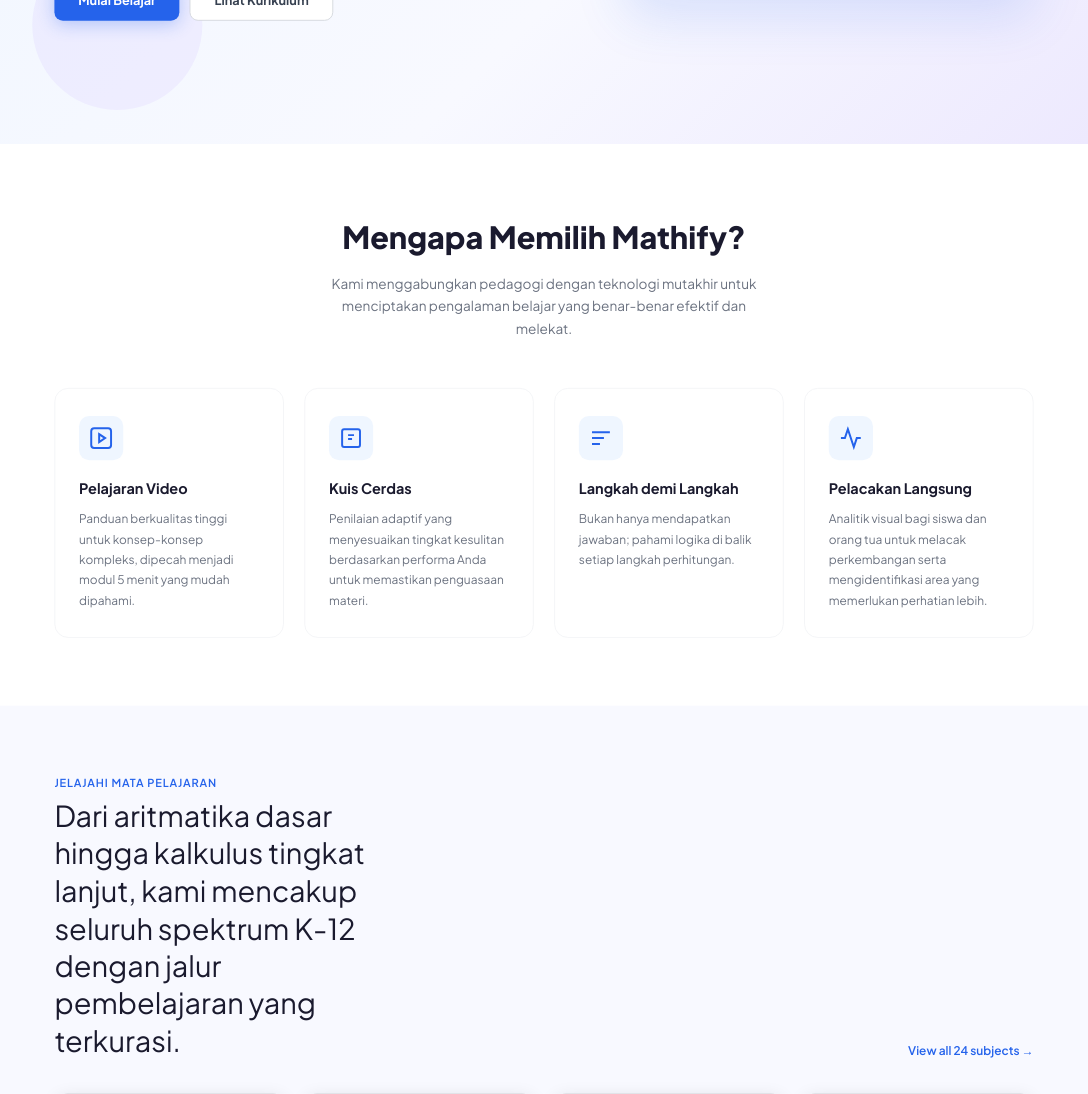
Repository: AdityaRevangga/Mathify
Page: /dashboard (app in frontend/)
The author's editor kept a copy of each file at every save. The page is drawn from the files as they stood at one save, then again after the next save.
The browser window is 1280 px wide. The pictures show the part of the page from y = 550 to 1837 px (the page is 2926 px tall before and 3280 px after), at 85% of full size.
Pictures or frames that could not be fetched are drawn as grey boxes. The page's requests for data from a server got no answer. The project was rebuilt for these pictures with package versions that can differ from the ones it lists, and the page was loaded fresh each time. No one was signed in, and anything a server would have sent is missing. Also part of the build but not shown: frontend/vite.config.js, frontend/src/index.css, frontend/src/components/Sidebar.jsx, frontend/src/components/Topbar.jsx, frontend/src/layouts/DashboardLayout.jsx, frontend/src/layouts/AuthLayout.jsx, frontend/src/layouts/MateriLayout.jsx, frontend/src/pages/LoginPage.jsx and 12 more.

Above is the page before, as saved 2026-06-02 14:27:38.

### frontend/index.html
<!doctype html>
<html lang="id">
  <head>
    <meta charset="UTF-8" />
    <link rel="icon" type="image/svg+xml" href="/favicon.svg" />
    <meta name="viewport" content="width=device-width, initial-scale=1.0" />
    <title>Mathify - Platform Belajar Matematika Interaktif</title>
    <!-- Plus Jakarta Sans Font -->
    <link rel="preconnect" href="https://fonts.googleapis.com">
    <link rel="preconnect" href="https://fonts.gstatic.com" crossorigin>
    <link href="https://fonts.googleapis.com/css2?family=Plus+Jakarta+Sans:wght@400;500;600;700;800&display=swap" rel="stylesheet">
  </head>
  <body>
    <div id="root"></div>
    <script type="module" src="/src/main.jsx"></script>
  </body>
</html>

### frontend/src/App.jsx
import React, { useEffect } from 'react';
import { BrowserRouter } from 'react-router-dom';
import { AuthProvider } from './context/AuthContext';
import AppRouter from './router/AppRouter';
import './styles/shared.css'; // Global core variables and core classes

function App() {
  useEffect(() => {
    const savedTheme = localStorage.getItem('theme');
    if (savedTheme === 'dark') {
      document.body.classList.add('dark-mode');
    } else {
      document.body.classList.remove('dark-mode');
    }
  }, []);

  return (
    <AuthProvider>
      <BrowserRouter>
        <AppRouter />
      </BrowserRouter>
    </AuthProvider>
  );
}

export default App;

### frontend/src/pages/LandingPage.jsx
import React, { useState, useEffect } from 'react';
import { useNavigate } from 'react-router-dom';

const LandingPage = () => {
  const navigate = useNavigate();
  const [scrolled, setScrolled] = useState(false);

  useEffect(() => {
    const handleScroll = () => setScrolled(window.scrollY > 20);
    window.addEventListener('scroll', handleScroll);
    return () => window.removeEventListener('scroll', handleScroll);
  }, []);

  const subjects = [
    { title: 'Bilangan', lessons: 11, color: '#FF6B35', image: 'https://images.unsplash.com/photo-1596495578065-6e0763fa1178?w=400&q=80' },
    { title: 'Aljabar dan Fungsi', lessons: 21, color: '#1A1A2E', image: 'https://images.unsplash.com/photo-1509228627152-72ae9ae6848d?w=400&q=80' },
    { title: 'Trigonometry', lessons: 76, color: '#E91E8C', image: 'https://images.unsplash.com/photo-1635070041078-e363dbe005cb?w=400&q=80' },
    { title: 'Geometry', lessons: 19, color: '#2D2D2D', image: 'https://images.unsplash.com/photo-1558618666-fcd25c85cd64?w=400&q=80' },
  ];

  const features = [
    {
      icon: (
        <svg width="28" height="28" fill="none" stroke="currentColor" strokeWidth="2" viewBox="0 0 24 24">
          <rect x="2" y="2" width="20" height="20" rx="3" /><polygon points="10,8 16,12 10,16" />
        </svg>
      ),
      title: 'Pelajaran Video',
      desc: 'Panduan berkualitas tinggi untuk konsep-konsep kompleks, dipecah menjadi modul 5 menit yang mudah dipahami.',
    },
    {
      icon: (
        <svg width="28" height="28" fill="none" stroke="currentColor" strokeWidth="2" viewBox="0 0 24 24">
          <rect x="3" y="3" width="18" height="18" rx="2" /><path d="M9 9h6M9 13h4" />
        </svg>
      ),
      title: 'Kuis Cerdas',
      desc: 'Penilaian adaptif yang menyesuaikan tingkat kesulitan berdasarkan performa Anda untuk memastikan penguasaan materi.',
    },
    {
      icon: (
        <svg width="28" height="28" fill="none" stroke="currentColor" strokeWidth="2" viewBox="0 0 24 24">
          <path d="M3 6h18M3 12h12M3 18h8" />
        </svg>
      ),
      title: 'Langkah demi Langkah',
      desc: 'Bukan hanya mendapatkan jawaban; pahami logika di balik setiap langkah perhitungan.',
    },
    {
      icon: (
        <svg width="28" height="28" fill="none" stroke="currentColor" strokeWidth="2" viewBox="0 0 24 24">
          <polyline points="22,12 18,12 15,21 9,3 6,12 2,12" />
        </svg>
      ),
      title: 'Pelacakan Langsung',
      desc: 'Analitik visual bagi siswa dan orang tua untuk melacak perkembangan serta mengidentifikasi area yang memerlukan perhatian lebih.',
    },
  ];

  return (
    <div style={{ fontFamily: "'Plus Jakarta Sans', 'Nunito', sans-serif", backgroundColor: '#F8F9FF', color: '#1A1A2E', overflowX: 'hidden' }}>

      {/* Navbar */}
      <nav style={{
        position: 'fixed', top: 0, left: 0, right: 0, zIndex: 100,
        padding: '0 5%',
        height: 64,
        display: 'flex', alignItems: 'center', justifyContent: 'space-between',
        background: scrolled ? 'rgba(255,255,255,0.95)' : 'transparent',
        backdropFilter: scrolled ? 'blur(12px)' : 'none',
        boxShadow: scrolled ? '0 1px 24px rgba(0,0,0,0.07)' : 'none',
        transition: 'all 0.3s ease',
      }}>
        <span style={{ fontWeight: 800, fontSize: 22, color: '#2563EB', letterSpacing: '-0.5px' }}>Mathify</span>
        <div style={{ display: 'flex', gap: 12, alignItems: 'center' }}>
          <button onClick={() => navigate('/login')} style={{
            padding: '8px 20px', borderRadius: 8, border: '1.5px solid #D1D5DB',
            background: 'white', color: '#374151', fontWeight: 600, fontSize: 14, cursor: 'pointer',
            transition: 'all 0.2s',
          }}
            onMouseEnter={e => { e.target.style.borderColor = '#2563EB'; e.target.style.color = '#2563EB'; }}
            onMouseLeave={e => { e.target.style.borderColor = '#D1D5DB'; e.target.style.color = '#374151'; }}>
            Log In
          </button>
          <button onClick={() => navigate('/register')} style={{
            padding: '8px 20px', borderRadius: 8, border: 'none',
            background: '#2563EB', color: 'white', fontWeight: 600, fontSize: 14, cursor: 'pointer',
            transition: 'all 0.2s',
          }}
            onMouseEnter={e => e.target.style.background = '#1D4ED8'}
            onMouseLeave={e => e.target.style.background = '#2563EB'}>
            Sign Up
          </button>
        </div>
      </nav>

      {/* Hero */}
      <section style={{
        minHeight: '100vh',
        display: 'flex', alignItems: 'center',
        padding: '100px 5% 60px',
        background: 'linear-gradient(135deg, #EFF6FF 0%, #F8F9FF 60%, #EDE9FE 100%)',
        position: 'relative',
        overflow: 'hidden',
      }}>
        {/* decorative circles */}
        <div style={{ position: 'absolute', top: 80, right: '8%', width: 420, height: 420, borderRadius: '50%', background: 'rgba(37,99,235,0.06)', pointerEvents: 'none' }} />
        <div style={{ position: 'absolute', bottom: 40, left: '3%', width: 200, height: 200, borderRadius: '50%', background: 'rgba(139,92,246,0.07)', pointerEvents: 'none' }} />

        <div style={{ display: 'flex', alignItems: 'center', gap: 60, width: '100%', maxWidth: 1200, margin: '0 auto', flexWrap: 'wrap' }}>
          {/* Left */}
          <div style={{ flex: 1, minWidth: 300, animation: 'fadeUp 0.8s ease both' }}>
            <div style={{
              display: 'inline-flex', alignItems: 'center', gap: 8,
              background: '#EFF6FF', border: '1px solid #BFDBFE',
              borderRadius: 100, padding: '6px 16px', marginBottom: 24,
              fontSize: 13, fontWeight: 600, color: '#2563EB',
            }}>
              <span>✦</span> Merevolusi Pendidikan Matematika K-12
            </div>
            <h1 style={{ fontSize: 'clamp(36px, 4vw, 56px)', fontWeight: 800, lineHeight: 1.15, marginBottom: 20, letterSpacing: '-1px' }}>
              Kuasai Matematika<br />bersama{' '}
              <span style={{ color: '#2563EB' }}>Mathify</span>
            </h1>
            <p style={{ fontSize: 16, color: '#6B7280', lineHeight: 1.7, marginBottom: 36, maxWidth: 460 }}>
              Buka potensi Anda dengan pelajaran interaktif, latihan berbasis AI yang dipersonalisasi, dan kurikulum yang dirancang untuk mengubah kecemasan terhadap matematika menjadi penguasaan matematika.
            </p>
            <div style={{ display: 'flex', gap: 12, flexWrap: 'wrap' }}>
              <button onClick={() => navigate('/register')} style={{
                padding: '14px 28px', borderRadius: 10, border: 'none',
                background: '#2563EB', color: 'white', fontWeight: 700, fontSize: 15, cursor: 'pointer',
                boxShadow: '0 4px 20px rgba(37,99,235,0.3)',
                transition: 'all 0.2s',
              }}
                onMouseEnter={e => { e.target.style.background = '#1D4ED8'; e.target.style.transform = 'translateY(-2px)'; }}
                onMouseLeave={e => { e.target.style.background = '#2563EB'; e.target.style.transform = 'none'; }}>
                Mulai Belajar
              </button>
              <button style={{
                padding: '14px 28px', borderRadius: 10,
                border: '1.5px solid #D1D5DB', background: 'white',
                color: '#374151', fontWeight: 700, fontSize: 15, cursor: 'pointer',
                transition: 'all 0.2s',
              }}
                onMouseEnter={e => { e.target.style.borderColor = '#2563EB'; e.target.style.color = '#2563EB'; }}
                onMouseLeave={e => { e.target.style.borderColor = '#D1D5DB'; e.target.style.color = '#374151'; }}>
                Lihat Kurikulum
              </button>
            </div>
          </div>

          {/* Right image */}
          <div style={{ flex: 1, minWidth: 280, display: 'flex', justifyContent: 'flex-end' }}>
            <div style={{
              width: '100%', maxWidth: 480, height: 340,
              borderRadius: 20, overflow: 'hidden',
              boxShadow: '0 20px 60px rgba(37,99,235,0.15)',
            }}>
              <img
                src="https://images.unsplash.com/photo-1596495578065-6e0763fa1178?w=800&q=80"
                alt="Math tools"
                style={{ width: '100%', height: '100%', objectFit: 'cover' }}
              />
            </div>
          </div>
        </div>
      </section>

      {/* Why Mathify */}
      <section style={{ padding: '80px 5%', background: 'white' }}>
        <div style={{ maxWidth: 1200, margin: '0 auto' }}>
          <div style={{ textAlign: 'center', marginBottom: 56 }}>
            <h2 style={{ fontSize: 'clamp(24px, 3vw, 36px)', fontWeight: 800, marginBottom: 12 }}>Mengapa Memilih Mathify?</h2>
            <p style={{ color: '#6B7280', fontSize: 16, maxWidth: 520, margin: '0 auto', lineHeight: 1.7 }}>
              Kami menggabungkan pedagogi dengan teknologi mutakhir untuk menciptakan pengalaman belajar yang benar-benar efektif dan melekat.
            </p>
          </div>
          <div style={{ display: 'grid', gridTemplateColumns: 'repeat(auto-fit, minmax(240px, 1fr))', gap: 24 }}>
            {features.map((f, i) => (
              <div key={i} style={{
                padding: '32px 28px', borderRadius: 16,
                border: '1.5px solid #F3F4F6',
                background: 'white',
                transition: 'all 0.25s',
                cursor: 'default',
              }}
                onMouseEnter={e => {
                  e.currentTarget.style.borderColor = '#BFDBFE';
                  e.currentTarget.style.boxShadow = '0 8px 32px rgba(37,99,235,0.1)';
                  e.currentTarget.style.transform = 'translateY(-4px)';
                }}
                onMouseLeave={e => {
                  e.currentTarget.style.borderColor = '#F3F4F6';
                  e.currentTarget.style.boxShadow = 'none';
                  e.currentTarget.style.transform = 'none';
                }}>
                <div style={{
                  width: 52, height: 52, borderRadius: 12,
                  background: '#EFF6FF', color: '#2563EB',
                  display: 'flex', alignItems: 'center', justifyContent: 'center',
                  marginBottom: 20,
                }}>
                  {f.icon}
                </div>
                <h3 style={{ fontWeight: 700, fontSize: 17, marginBottom: 10 }}>{f.title}</h3>
                <p style={{ color: '#6B7280', fontSize: 14, lineHeight: 1.7 }}>{f.desc}</p>
              </div>
            ))}
          </div>
        </div>
      </section>

      {/* Subjects */}
      <section style={{ padding: '80px 5%', background: '#F8F9FF' }}>
        <div style={{ maxWidth: 1200, margin: '0 auto' }}>
          <div style={{ display: 'flex', justifyContent: 'space-between', alignItems: 'flex-end', marginBottom: 40, flexWrap: 'wrap', gap: 16 }}>
            <div>
              <p style={{ fontSize: 13, fontWeight: 600, color: '#2563EB', marginBottom: 6, textTransform: 'uppercase', letterSpacing: 1 }}>Jelajahi Mata Pelajaran</p>
              <h2 style={{ fontSize: 'clamp(12px, 3vw, 34px)', fontWeight: 300, lineHeight: 1.3, maxWidth: 400 }}>
                Dari aritmatika dasar hingga kalkulus tingkat lanjut, kami mencakup seluruh spektrum K-12 dengan jalur pembelajaran yang terkurasi.
              </h2>
            </div>
            <a href="#" style={{ color: '#2563EB', fontWeight: 600, fontSize: 14, textDecoration: 'none', whiteSpace: 'nowrap' }}>
              View all 24 subjects →
            </a>
          </div>

          <div style={{ display: 'grid', gridTemplateColumns: 'repeat(auto-fit, minmax(220px, 1fr))', gap: 20 }}>
            {subjects.map((s, i) => (
              <div key={i} style={{
                borderRadius: 16, overflow: 'hidden', position: 'relative',
                height: 280, cursor: 'pointer',
                boxShadow: '0 4px 20px rgba(0,0,0,0.1)',
                transition: 'transform 0.25s, box-shadow 0.25s',
              }}
                onMouseEnter={e => { e.currentTarget.style.transform = 'translateY(-6px)'; e.currentTarget.style.boxShadow = '0 12px 40px rgba(0,0,0,0.18)'; }}
                onMouseLeave={e => { e.currentTarget.style.transform = 'none'; e.currentTarget.style.boxShadow = '0 4px 20px rgba(0,0,0,0.1)'; }}>
                <img src={s.image} alt={s.title} style={{ width: '100%', height: '100%', objectFit: 'cover' }} />
                <div style={{
                  position: 'absolute', inset: 0,
                  background: `linear-gradient(to top, rgba(0,0,0,0.75) 0%, rgba(0,0,0,0.1) 60%)`,
                }} />
                <div style={{ position: 'absolute', bottom: 0, left: 0, right: 0, padding: '20px 20px 16px' }}>
                  <h3 style={{ color: 'white', fontWeight: 700, fontSize: 18, marginBottom: 6 }}>{s.title}</h3>
                  <div style={{ display: 'flex', alignItems: 'center', justifyContent: 'space-between' }}>
                    <span style={{ color: 'rgba(255,255,255,0.8)', fontSize: 13 }}>{s.lessons} Lessons</span>
                    <div style={{
                      width: 28, height: 28, borderRadius: '50%',
                      background: 'rgba(255,255,255,0.2)', backdropFilter: 'blur(4px)',
                      display: 'flex', alignItems: 'center', justifyContent: 'center',
                      color: 'white', fontSize: 14,
                    }}>→</div>
                  </div>
                </div>
              </div>
            ))}
          </div>
        </div>
      </section>

      {/* CTA Banner */}
      <section style={{
        padding: '72px 5%',
        background: 'linear-gradient(135deg, #2563EB, #7C3AED)',
        textAlign: 'center',
      }}>
        <h2 style={{ color: 'white', fontSize: 'clamp(24px, 3vw, 40px)', fontWeight: 800, marginBottom: 16 }}>
          Siap untuk Mulai Belajar?
        </h2>
        <p style={{ color: 'rgba(255,255,255,0.8)', fontSize: 16, marginBottom: 32, maxWidth: 480, margin: '0 auto 32px' }}>
          Bergabunglah dengan ribuan siswa yang sudah menguasai matematika bersama Mathify.
        </p>
        <button onClick={() => navigate('/register')} style={{
          padding: '14px 36px', borderRadius: 10,
          background: 'white', color: '#2563EB',
          fontWeight: 700, fontSize: 16, border: 'none', cursor: 'pointer',
          boxShadow: '0 4px 24px rgba(0,0,0,0.15)',
          transition: 'all 0.2s',
        }}
          onMouseEnter={e => { e.target.style.transform = 'translateY(-2px)'; e.target.style.boxShadow = '0 8px 32px rgba(0,0,0,0.2)'; }}
          onMouseLeave={e => { e.target.style.transform = 'none'; e.target.style.boxShadow = '0 4px 24px rgba(0,0,0,0.15)'; }}>
          Daftar Gratis Sekarang
        </button>
      </section>

      {/* Footer */}
      <footer style={{ background: '#0F172A', color: 'white', padding: '60px 5% 32px' }}>
        <div style={{ maxWidth: 1200, margin: '0 auto' }}>
          <div style={{ display: 'grid', gridTemplateColumns: 'repeat(auto-fit, minmax(180px, 1fr))', gap: 40, marginBottom: 48 }}>
            <div>
              <h3 style={{ fontWeight: 800, fontSize: 20, color: '#60A5FA', marginBottom: 12 }}>Mathify</h3>
              <p style={{ color: '#94A3B8', fontSize: 14, lineHeight: 1.7 }}>
                Empowering the next generation of mathematicians through accessible, engaging, and highly effective digital education.
              </p>
              <div style={{ display: 'flex', gap: 12, marginTop: 16 }}>
                {['🌐', '✉️', '▶️'].map((icon, i) => (
                  <div key={i} style={{
                    width: 34, height: 34, borderRadius: 8,
                    background: 'rgba(255,255,255,0.08)',
                    display: 'flex', alignItems: 'center', justifyContent: 'center',
                    fontSize: 16, cursor: 'pointer',
                  }}>{icon}</div>
                ))}
              </div>
            </div>
            <div>
              <h4 style={{ fontWeight: 700, fontSize: 13, textTransform: 'uppercase', letterSpacing: 1, color: '#94A3B8', marginBottom: 16 }}>Celerates</h4>
              {['Our Team', 'About', 'Contact'].map(item => (
                <div key={item} style={{ marginBottom: 10 }}>
                  <a href="#" style={{ color: '#CBD5E1', fontSize: 14, textDecoration: 'none' }}>{item}</a>
                </div>
              ))}
            </div>
            <div>
              <h4 style={{ fontWeight: 700, fontSize: 13, textTransform: 'uppercase', letterSpacing: 1, color: '#94A3B8', marginBottom: 16 }}>Learning</h4>
              {['All Courses', 'Smart Quizzes', 'Video Library', 'Study Planner'].map(item => (
                <div key={item} style={{ marginBottom: 10 }}>
                  <a href="#" style={{ color: '#CBD5E1', fontSize: 14, textDecoration: 'none' }}>{item}</a>
                </div>
              ))}
            </div>
            <div>
              <h4 style={{ fontWeight: 700, fontSize: 13, textTransform: 'uppercase', letterSpacing: 1, color: '#94A3B8', marginBottom: 16 }}>Newsletter</h4>
              <p style={{ color: '#94A3B8', fontSize: 14, marginBottom: 14 }}>Get the latest math tips and course updates.</p>
              <div style={{ display: 'flex', gap: 8 }}>
                <input placeholder="Your email address" style={{
                  flex: 1, padding: '10px 14px', borderRadius: 8,
                  border: '1px solid rgba(255,255,255,0.1)',
                  background: 'rgba(255,255,255,0.07)', color: 'white',
                  fontSize: 14, outline: 'none',
                }} />
                <button style={{
                  padding: '10px 14px', borderRadius: 8, border: 'none',
                  background: '#2563EB', color: 'white', cursor: 'pointer', fontWeight: 700,
                }}>→</button>
              </div>
            </div>
          </div>
          <div style={{ borderTop: '1px solid rgba(255,255,255,0.08)', paddingTop: 24, display: 'flex', justifyContent: 'space-between', flexWrap: 'wrap', gap: 12 }}>
            <p style={{ color: '#64748B', fontSize: 13 }}>© 2026 Mathify Academy. All rights reserved.</p>
            <div style={{ display: 'flex', gap: 24 }}>
              {['Privacy Policy', 'Terms of Service', 'Cookies'].map(item => (
                <a key={item} href="#" style={{ color: '#64748B', fontSize: 13, textDecoration: 'none' }}>{item}</a>
              ))}
            </div>
          </div>
        </div>
      </footer>

      <style>{`
        @import url('https://fonts.googleapis.com/css2?family=Plus+Jakarta+Sans:wght@400;500;600;700;800&display=swap');
        * { margin: 0; padding: 0; box-sizing: border-box; }
        @keyframes fadeUp {
          from { opacity: 0; transform: translateY(30px); }
          to { opacity: 1; transform: translateY(0); }
        }
      `}</style>
    </div>
  );
};

export default LandingPage;

### frontend/src/router/ProtectedRoute.jsx
import React from 'react';
import { Navigate, Outlet } from 'react-router-dom';
import { useAuth } from '../hooks/useAuth';

const ProtectedRoute = () => {
  const { isAuthenticated, loading } = useAuth();

  if (loading) {
    return (
      <div style={{ display: 'flex', height: '100vh', width: '100vw', alignItems: 'center', justifyContent: 'center', fontFamily: 'Plus Jakarta Sans, sans-serif' }}>
        <div style={{ textAlign: 'center' }}>
          <div style={{ fontSize: '1.25rem', fontWeight: 600, color: 'var(--blue)', marginBottom: '0.5rem' }}>Mathify</div>
          <div style={{ color: 'var(--text-muted)' }}>Memuat sesi...</div>
        </div>
      </div>
    );
  }

  if (!isAuthenticated) {
    return <Navigate to="/" replace />;
  }

  return <Outlet />;
};

export default ProtectedRoute;

Loaded but not shown: frontend/src/main.jsx (common file); frontend/src/hooks/useAuth.js (common file); frontend/src/services/api.js (163 lines, source omitted); frontend/src/styles/quiz-list.css (729 lines, source omitted); frontend/src/styles/profil.css (465 lines, source omitted); frontend/src/styles/dashboard.css (513 lines, source omitted); frontend/src/styles/materi.css (286 lines, source omitted); frontend/src/styles/shared.css (445 lines, source omitted); frontend/src/styles/pengaturan.css (292 lines, source omitted); frontend/src/styles/login.css (354 lines, source omitted); frontend/src/styles/register.css (335 lines, source omitted); frontend/src/context/AuthContext.jsx (111 lines, source omitted); frontend/src/router/AppRouter.jsx (53 lines, source omitted); frontend/src/styles/topik.css (no copy from this time; the picture is the same without it)

After the next save:
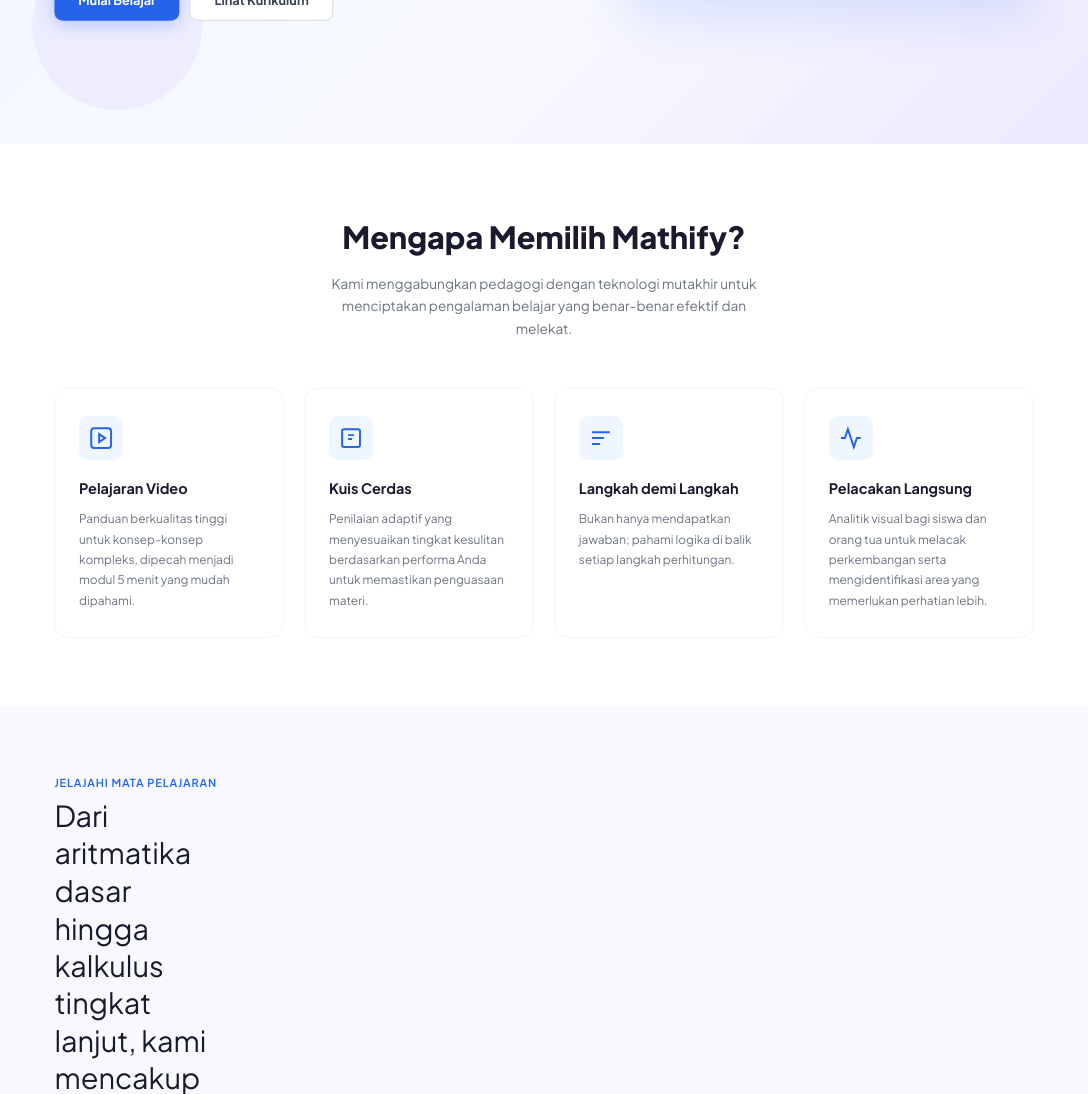
Saved 6 s later.
--- a/frontend/src/pages/LandingPage.jsx
+++ b/frontend/src/pages/LandingPage.jsx
@@ -216,7 +216,7 @@
           <div style={{ display: 'flex', justifyContent: 'space-between', alignItems: 'flex-end', marginBottom: 40, flexWrap: 'wrap', gap: 16 }}>
             <div>
               <p style={{ fontSize: 13, fontWeight: 600, color: '#2563EB', marginBottom: 6, textTransform: 'uppercase', letterSpacing: 1 }}>Jelajahi Mata Pelajaran</p>
-              <h2 style={{ fontSize: 'clamp(12px, 3vw, 34px)', fontWeight: 300, lineHeight: 1.3, maxWidth: 400 }}>
+              <h2 style={{ fontSize: 'clamp(12px, 3vw, 34px)', fontWeight: 300, lineHeight: 1.3, maxWidth: 200 }}>
                 Dari aritmatika dasar hingga kalkulus tingkat lanjut, kami mencakup seluruh spektrum K-12 dengan jalur pembelajaran yang terkurasi.
               </h2>
             </div>
